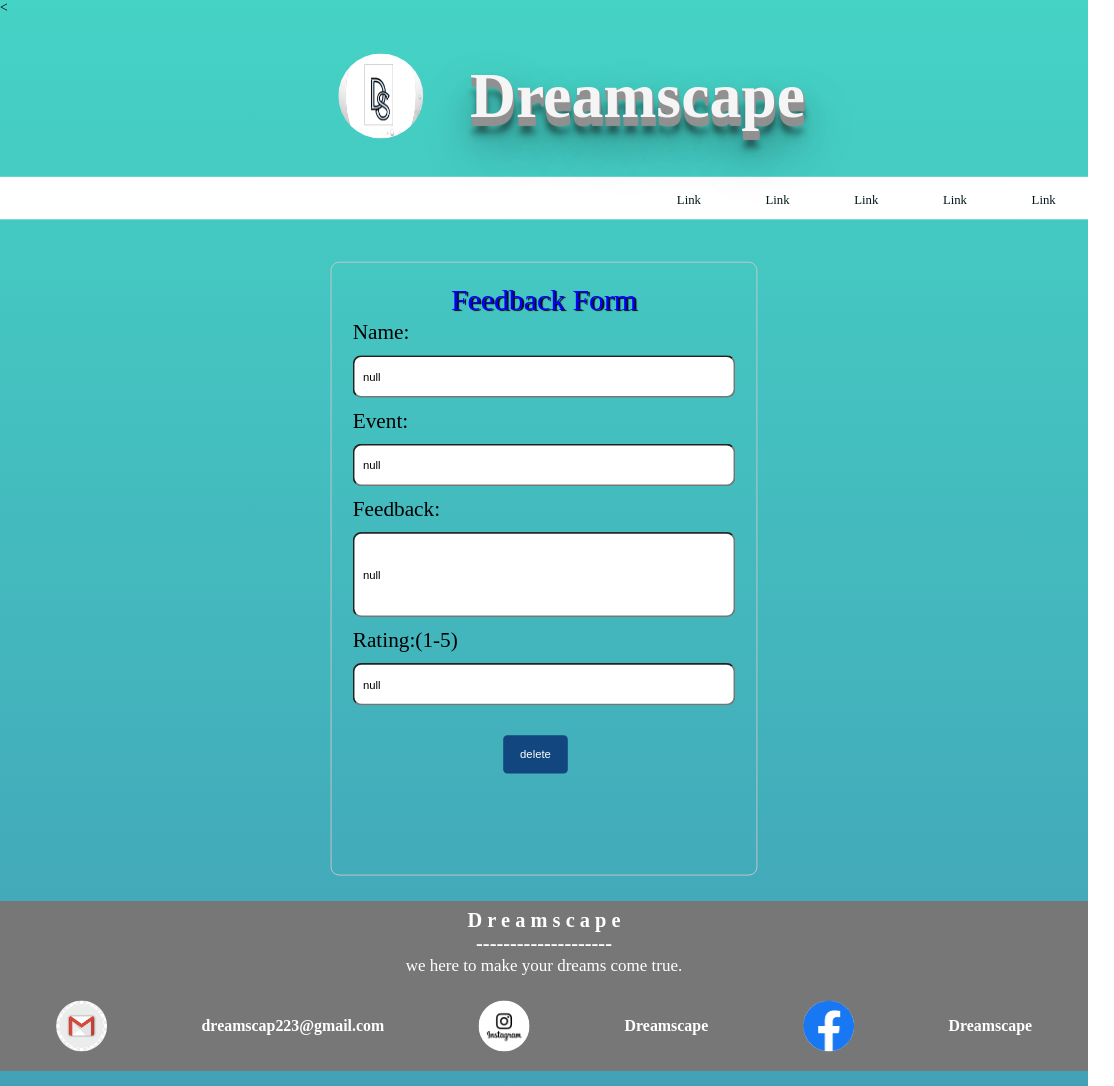
Repository: Dulankayapa/2ndyearoopprojrct
Page: http://localhost/feedback/fbdelete.jsp
The author's editor kept a copy of each file at every save. The page is drawn from the files as they stood at one save, then again after the next save.
The browser window is 1280 px wide. The page is 1310 px wide, so the pictures cover 1310 px, including what lies to the right of the window. The pictures show the whole page, at 85% of full size.
The page is served by Tomcat 9. Nobody is signed in. The application's start-up code is not run. Other server files are loaded and not shown.

Above is the page before, as saved 2023-10-20 17:55:43.

### feedback/src/main/webapp/fbdelete.jsp
<%@ page language="java" contentType="text/html; charset=ISO-8859-1"
	pageEncoding="ISO-8859-1"%>
<
<!DOCTYPE html>
<html>
<head>
<title>Feedback Form</title>
<style>
* {
	margin: 0;
	padding: 0;
}

body {
	font-family: "Times New Roman", serif;
	background-image: linear-gradient(to bottom, #45d3c5, rgb(66, 161, 183));
	background-repeat: no-repeat;
	background-size: cover;
	width: 100vw;
}

/*header*/
.header {
	padding: 10px 15px;
	width: 100%;
	font-size: 50px;
	height: 170px;
	justify-content: center;
	background-repeat: no-repeat;
	display: flex;
	align-items: center;
	color: #f5f5f5;
	text-shadow: 1px 1px 1px #919191, 1px 2px 1px #919191, 1px 3px 1px
		#919191, 1px 4px 1px #919191, 1px 5px 1px #919191, 1px 6px 1px #919191,
		1px 7px 1px #919191, 1px 8px 1px #919191, 1px 9px 1px #919191, 1px
		10px 1px #919191, 1px 18px 6px rgba(16, 16, 16, 0.4), 1px 22px 10px
		rgba(16, 16, 16, 0.2), 1px 25px 35px rgba(16, 16, 16, 0.2), 1px 30px
		60px rgba(16, 16, 16, 0.4);
	display: flex;
	display: flex;
	align-items: center;
	background-repeat: no-repeat;
}

.imge {
	padding: 5px 5px;
	border-radius: 50%;
	margin-left: 30px;
	margin-right: 50px;
}

/* navigation bar */
.topnav {
	overflow: hidden;
	background-color: white;
	height: 50px;
	list-style-type: none;
	margin: 0px;
	width: 100%;
}
/*  topnav links style */
.topnav a {
	float: right;
	display: block;
	color: #011719;
	text-align: center;
	text-decoration: none;
	padding: 14px 18px;
	margin: 5px 20px;
	font-size: 15px;
}

/* Change color on hover */
.topnav a:hover {
	background-color: #072326;
	color: white;
}

/* topic styel*/
h1 {
	font-family: Times New Roman;
	font-weight: bolder;
	font-size: 45px;
	padding-top: 50px;
	padding-left: 30px;
	margin-left: 20px;
	text-align: left;
	text-transform: capitalize;
	color: #f5f5f5;
	text-align: left;
}

.maincon {
	display: flex;
	justify-content: center;
}

.container {
	max-width: 500px;
	margin-top: 50px;
	padding: 25px;
	border: 1px solid #ccc;
	border-radius: 10px;
	font-size: 25px;
	height: 670px;
}

label, input, textarea {
	display: flex;
	margin-bottom: 10px;
	width: 450px;
	padding-top: 3px;
	border-radius: 10px;
}

input {
	height: 50px;
	padding: 10px;
}

input, textarea {
	padding: 10px;
}

label {
	padding-bottom: 3px;
}

button {
	background-color: #12467e;
	color: #ffffff;
	border: none;
	padding: 15px 20px;
	border-radius: 5px;
	cursor: default;
	text-align: center !important;
	margin-top: 25px;
}

button:hover {
	background-color: #0d2f5a;
}

/* Style the footer */
footer {
	height: 170px;
	padding: 10px;
	text-align: center;
	color: white;
	background-color: #777;
	margin-top: 30px;
	padding-top: 10px;
	padding-bottom: 20px;
}

footer img {
	border-radius: 50%;
}

footer p {
	font-size: 20px;
	margin-bottom: 30px;
}

.footcon {
	display: flex;
	align-items: center;
	justify-content: space-around;
	justify-items: center;
}

.imgbox {
	display: flex;
	flex-direction: column;
	justify-items: center;
}
</style>
</head>
<body>
			<%
			String name = request.getParameter("name");
			String event = request.getParameter("event");
			String feedback = request.getParameter("feedback");
			String rating = request.getParameter("rating");
			%>

	<div class="header">
		<img class="imge" src="logo1.png" width="100px" height="100px">
		<h2>Dreamscape</h2>
	</div>
	<div class="topnav">
		<a href="#">Link</a> <a href="#">Link</a> <a href="#">Link</a> <a
			href="#">Link</a> <a href="#">Link</a>
	</div>

	<div class="maincon">
		<div class="container">

			<p
				style="text-align: center; color: blue; font-size: 35px; text-shadow: 2px 1px 1px #060606">Feedback
				Form</p>


			<form action="fbdeleteservlet" method="post">

				<label for="name">Name:</label>
				 <input type="text" value="<%=name %>" id="name"
					name="name" required />

					 <label for="event">Event:</label>

					 <input type="text" value="<%= event%>" id="event" name="event" required />

					 <label for="message">Feedback:</label>

					<input type="text" value="<%=feedback%>" id="feedback" style="height: 100px;"  name="feedback" required />

					<label for="rating">Rating:(1-5)</label>

					 <input type="text" value="<%=rating%>" id="rating" name="rating" required />

				<div style="display: flex; justify-content: center">
					<button type="submit" style="margin-right: 20px">delete</button>


				</div>
			</form>
		</div>
	</div>


	<div>
		<footer>
			<h2>
				D r e a m s c a p e <br />--------------------
			</h2>

			<p>we here to make your dreams come true.</p>
			<div class="footcon">
				<img class="image" src="mail.jpg" width="60px" height="60px" />
				<h3>dreamscap223@gmail.com</h3>
				<img class="image" src="inster.jpg" width="60px" height="60px" />
				<h3>Dreamscape</h3>
				<img class="image" src="fb.png" width="60px" height="60px" />
				<h3>Dreamscape</h3>
			</div>
		</footer>

	</div>
</body>
</html>

After the next save:
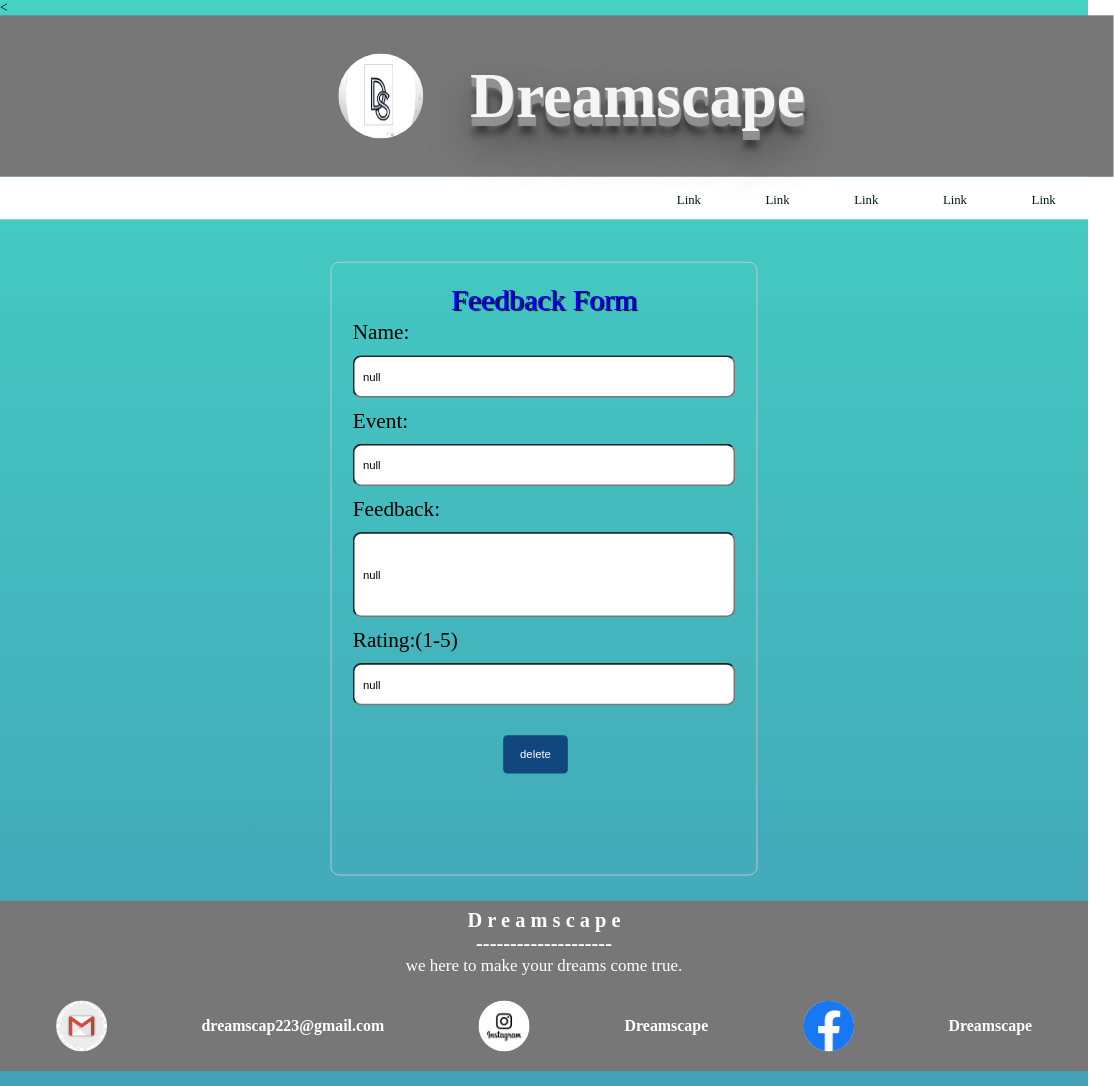
Saved 5 min 48 s later.
--- a/feedback/src/main/webapp/fbdelete.jsp
+++ b/feedback/src/main/webapp/fbdelete.jsp
@@ -26,7 +26,8 @@ body {
 	font-size: 50px;
 	height: 170px;
 	justify-content: center;
-	background-repeat: no-repeat;
+	background-color: #777;
+
 	display: flex;
 	align-items: center;
 	color: #f5f5f5;
@@ -37,9 +38,9 @@ body {
 		rgba(16, 16, 16, 0.2), 1px 25px 35px rgba(16, 16, 16, 0.2), 1px 30px
 		60px rgba(16, 16, 16, 0.4);
 	display: flex;
-	display: flex;
+
 	align-items: center;
-	background-repeat: no-repeat;
+
 }
 
 .imge {
